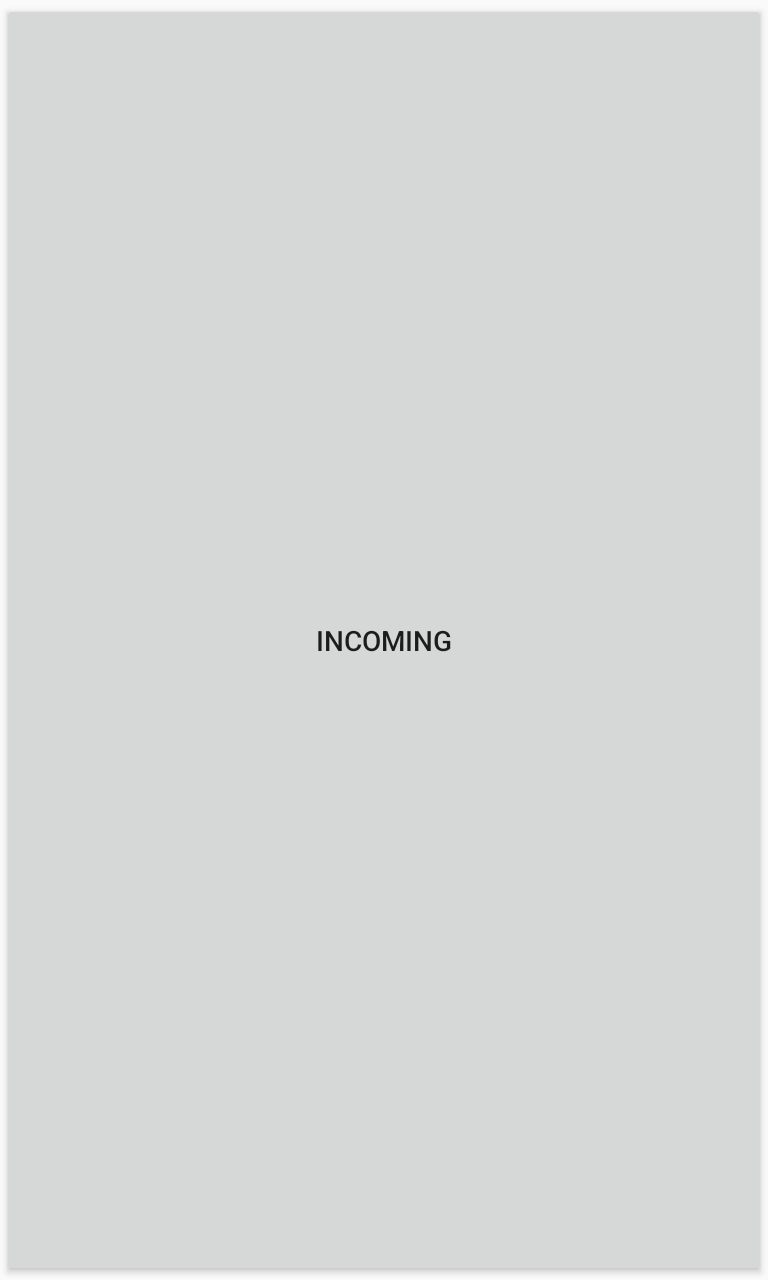
Repository: juanciullini/costManager
Layout: costManager/res/layout/fragment_main.xml
These files come from the project's save history. The layout is drawn as it stood at one moment and after the next save; the edit follows.
It is drawn on a 768 x 1280 px phone screen (xhdpi) without system bars, with theme AppTheme; the app's code is not run.

Above is the layout before, as saved 2014-10-28 16:23:34.

After the next save:
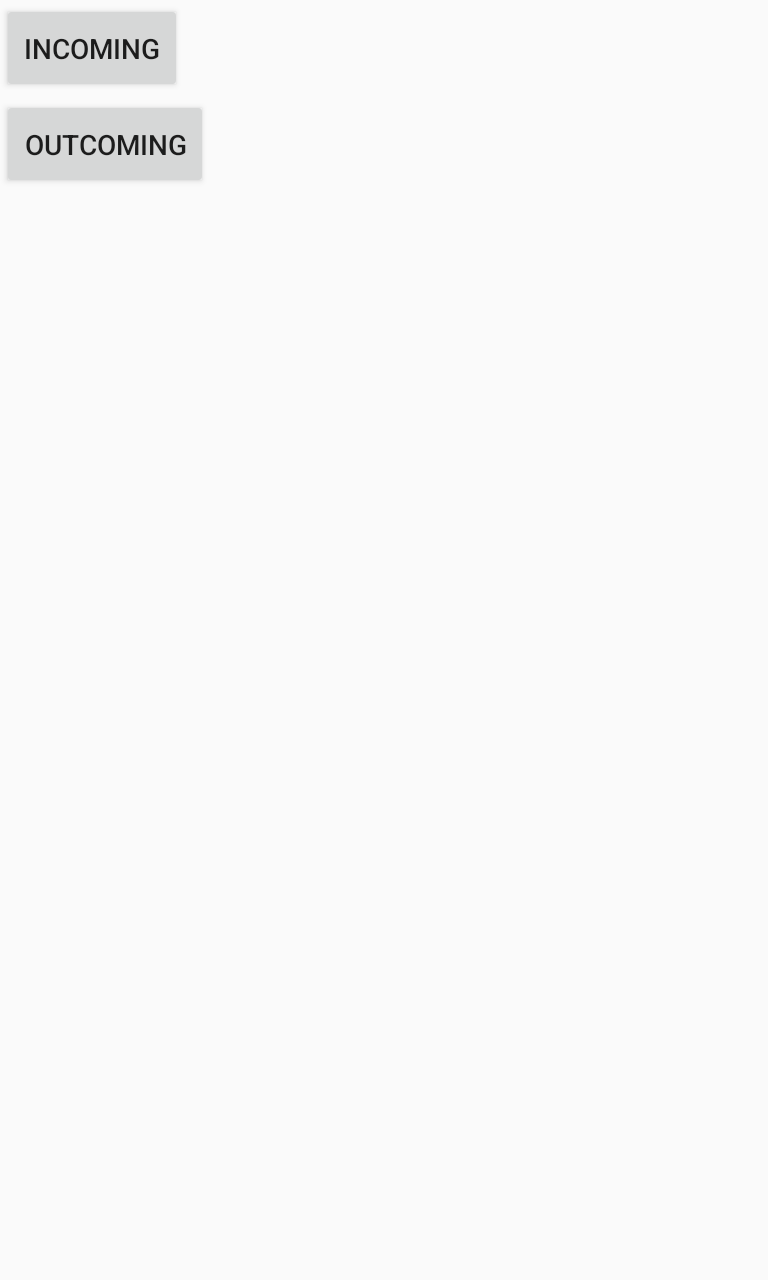
Saved 34 min 4 s later.
--- a/costManager/res/layout/fragment_main.xml
+++ b/costManager/res/layout/fragment_main.xml
@@ -7,14 +7,14 @@
 
     <Button
         android:id="@+id/button_incoming"
-        android:layout_width="match_parent"
-        android:layout_height="match_parent"
+        android:layout_width="wrap_content"
+        android:layout_height="wrap_content"
         android:text="@string/button_incoming" />
 
     <Button
         android:id="@+id/button_outcoming"
-        android:layout_width="match_parent"
-        android:layout_height="match_parent"
+        android:layout_width="wrap_content"
+        android:layout_height="wrap_content"
         android:text="@string/button_outcoming" />"
 
 </LinearLayout>
